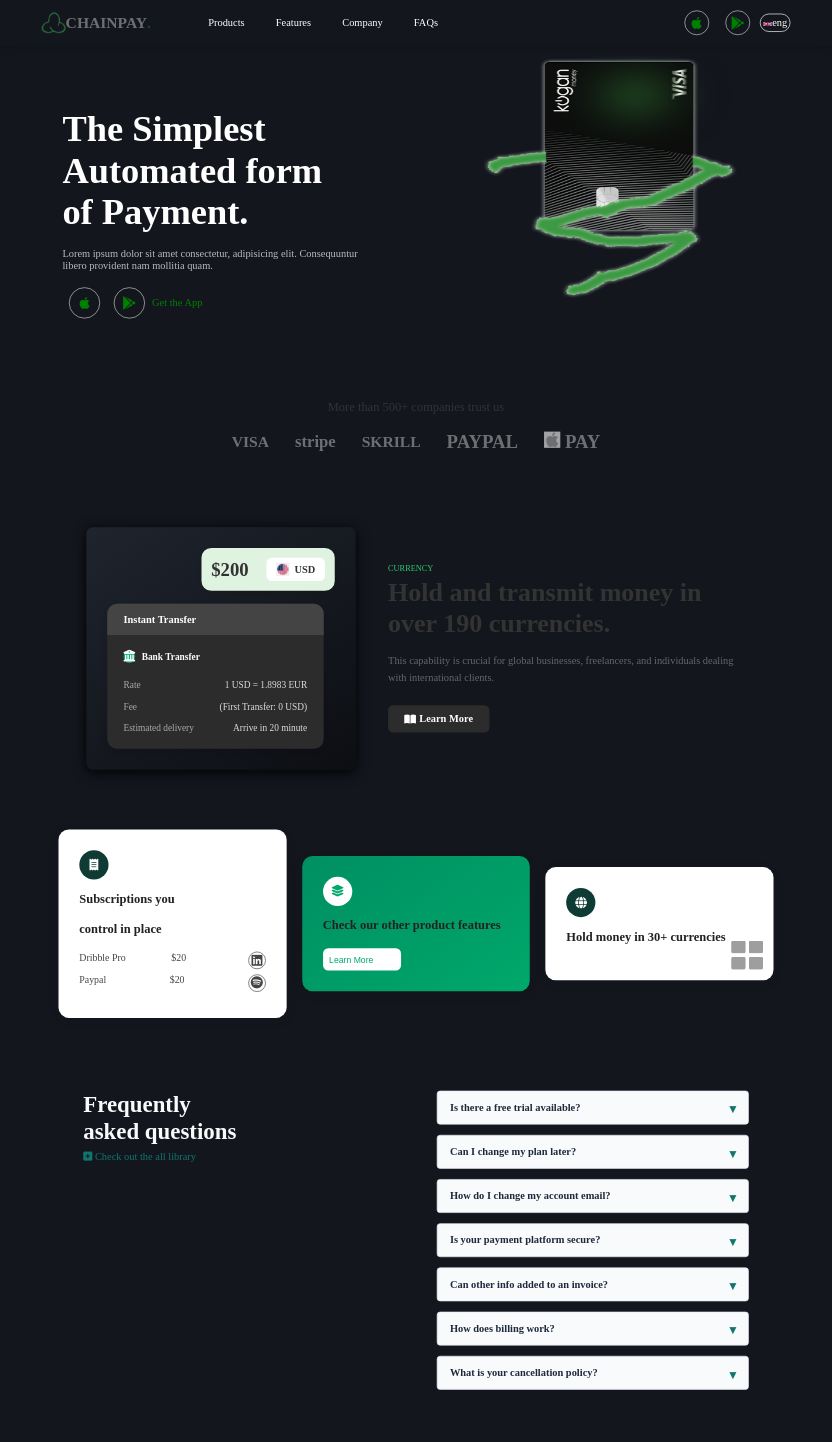
Repository: Austinokezie/Fintech-landing-page
Page: Chainpay.html
An editor plug-in stored every save of this project. The page is shown before and after the next save, followed by the edit.
The browser window is 1280 px wide. The pictures show the whole page, at 65% of full size.
Pictures or frames that could not be fetched are drawn as grey boxes. Some web libraries are served in a nearby version.

Above is the page before, as saved 2025-10-15 23:22:30.

### Chainpay.html
<!DOCTYPE html>
<html lang="en">
<head>
    <meta charset="UTF-8">
    <meta name="viewport" content="width=device-width, initial-scale=1.0">
    <title>Document</title>
    <link rel="stylesheet" href="./Chainpay.css">
    <script src="https://kit.fontawesome.com/988c5ad863.js" crossorigin="anonymous"></script>
</head>
<body>
    <nav>
        <div class="left">
            <div class="logo">
                <img src="./images/logo.png" alt="logo image">

                <span>Chainpay</span><span class="dot">.</span>

            </div>
            <ul class="links">
                <li class="link">Products</li>
                <li class="link">Features</li>
                <li class="link">Company</li>
                <li class="link">FAQs</li>

            </ul>
        </div>

        <div class="btn">
            <i class="fa-brands fa-apple"></i>
            <i class="fa-brands fa-google-play"></i>
            <div class="flag">
                <a href=""><img src="./images/Flag_of_the_United_Kingdom_(1-2).svg.png" alt="flag"><span>eng</span></a>


            </div>

        </div>
    </nav>
    <main>
        <div class="introsection">
            <h1>
                <p>The Simplest</p>
                <p>Automated form</p>
                <p>of Payment.</p>
            </h1>
            <p class="describe">Lorem ipsum dolor sit amet consectetur, adipisicing elit. Consequuntur libero provident nam mollitia quam.</p>
            <div class="btnicons">
                <i class="fa-brands fa-apple"></i>
                <i class="fa-brands fa-google-play"></i>
                <a href="#">Get the App</a>
            </div>
            <!-- <div>
                <button class="btn"> Get Started</button>
                <button class="btn"> Discover More</button>
            </div> -->
        </div>
        <div class="imagesection">
            <img src="./images/card.png" alt="">
        </div>
    </main>
   <section class="trust-section">
      <p class="trust-statement">More than 500+ companies trust us</p>
       <div class="payment-logos">
          <span class="logo visa">VISA</span>
          <span class="logo stripe">stripe</span>
          <span class="logo skrill">Skrill</span>
          <span class="logo paypal">PayPal</span>
          <span class="logo apple-pay"><img src="./images/Apple logo.jpg" alt=""> Pay</span>
        </div>
   </section>
    <section class="currency-feature-section">
            <div class="demo-section">
                <div class="input-card">
                    <span class="amount">$200</span>
                        <div class="currency-selector">
                            <img src="./images/USA FLAG2.jpeg" alt="US Flag" class="flag-icon">
                             <span class="currency-code">USD</span>

                        </div>
                </div>

                <div class="transfer-details-card">
                      <div class="card-header">
                         <span class="header-text">Instant Transfer</span>
                       </div>
                    <div class="transfer-info">
                        <div class="info-line bank-transfer">
                          <span class="icon "><i class="fa-solid fa-building-columns bank-icon"></i></span>
                         <span class="text">Bank Transfer</span>
                       </div>
                       <div class="info-line detail-row">
                          <span class="label">Rate</span>
                          <span class="value">1 USD = 1.8983 EUR</span>
                       </div>
                        <div class="info-line detail-row">
                          <span class="label">Fee</span>
                          <span class="value">(First Transfer: 0 USD)</span>
                       </div>
                       <div class="info-line detail-row">
                          <span class="label">Estimated delivery</span>
                         <span class="value">Arrive in 20 minute</span>
                        </div>
                   </div>
               </div>
            </div>

        <div class="content-section">
               <p class="tagline">Currency</p>
               <h2 class="headline">Hold and transmit money in over 190 currencies.</h2>
               <p class="description">This capability is crucial for global businesses, freelancers, and individuals dealing with international clients.</p>
               <button class="cta-button">
                  <span class="icon learn-icon"><i class="fa-solid fa-book-open"></i></span>
                   Learn More
               </button>
        </div>
    </section>

    <section class="features">
          <div class="card">
               <div class="card-icon">
                 <i class="fa-solid fa-receipt"></i>
                </div>
                <h3>Subscriptions you </h3>
                <h3>control in place</h3>
                <div class="card-footer">
                   <div class="item">
                      <span class="text">Dribble Pro</span>
                       <span class="amt">$20</span>
                       <span>
                            <i class="fa-brands fa-linkedin"></i>
                        </span>
                  </div>
                  <div class="item">
                      <span class="text">Paypal</span>
                      <span class="paypal-amt">$20</span>
                      <span>
                          <i class="fa-brands fa-spotify"></i>
                      </span>
                   </div>
               </div>
           </div>

           <div class="card active">
               <div class="card-icon">
                  <i class="fa-solid fa-layer-group"></i>
                </div>
                <h3>Check our other product features</h3>
                <button class="learn-more">
                  Learn More
               </button>
            </div>

           <div class="card">
               <div class="card-icon">
                 <i class="fa-solid fa-globe"></i>
               </div>
               <h3>Hold money in 30+ currencies</h3>
               <div class="flag-icons">
                  <img src="https://flagcdn.com/w40/gb.png" alt="UK">
                  <img src="https://flagcdn.com/w40/us.png" alt="US">
                  <img src="https://flagcdn.com/w40/ca.png" alt="Canada">
                  <img src="https://flagcdn.com/w40/eu.png" alt="EU">
              </div>
           </div>
    </section>
    <section class="faq-section">

                <div class="faq-header">
                   <h1>Frequently</h1>
                   <h1>asked questions</h1>
                   <p><i class="fas fa-plus-square"></i> Check out the all library</p>
               </div>
                <div class="faq-content">

                   <details class="qa-item">
                      <summary class="question">Is there a free trial available?</summary>
                      <p class="answer">Our user friendly dashboard provides an overview...</p>
                  </details>

                   <details class="qa-item">
                      <summary class="question">Can I change my plan later?</summary>
                      <p class="answer">Yes, you can upgrade, downgrade, or change your plan at any time through your dashboard settings. Changes are effective immediately or at the start of your next billing cycle, depending on the modification.</p>
                  </details>

                  <details class="qa-item">
                     <summary class="question">How do I change my account email?</summary>
                     <p class="answer">You can update your registered email address in the 'Account Settings' section of your profile. For security, you may need to confirm the change via a verification link sent to both the old and new email addresses.</p>
                  </details>

                   <details class="qa-item">
                      <summary class="question">Is your payment platform secure?</summary>
                      <p class="answer">Absolutely. We use industry-leading encryption and partner with certified payment processors (e.g., Stripe, PayPal) to ensure all your transaction details are handled securely and are PCI compliant.</p>
                   </details>

                   <details class="qa-item">
                       <summary class="question">Can other info added to an invoice?</summary>
                      <p class="answer">Yes, you can specify custom information, such as a PO number, VAT ID, or project reference, to be included on your invoices. This can typically be managed in your billing preferences.</p>
                   </details>

                  <details class="qa-item">
                      <summary class="question">How does billing work?</summary>
                      <p class="answer">Billing is handled on a monthly or annual subscription basis, depending on your chosen plan. You will be charged automatically on your renewal date, and invoices are available immediately in your account portal.</p>
                  </details>

                 <details class="qa-item">
                      <summary class="question">What is your cancellation policy?</summary>
                      <p class="answer">You can cancel your subscription at any time. Your service will remain active until the end of the current paid billing period, and you will not be charged again.</p>
                  </details>

                </div>
    </section>


</body>
</html>

### Chainpay.css
*{
    margin: 0;
    padding: 0;

}
body{
    background-color: #13161d;
    color: white;
    scroll-behavior: smooth;
}
nav{
    display: flex;
    justify-content: space-between;
    padding: 16px 64px;
    box-shadow: 0 5px 12px rgba(0, 0, 0, 0.1);
}

nav .left {
    display: flex;
    gap: 4rem;
    align-items: center;
}

nav .logo{
    display: flex;
    align-items: center;

}
nav .logo span{
    font-size: 1.5rem;
    font-weight: bold;
    gap: 2px;

}
nav .logo .dot{
    color: green;
    font-size: 1.5rem;
}
nav .logo img{
    height: 32px;
}
nav .links{
    display: flex;
    list-style: none;

}
nav .links :hover{
    color: forestgreen;
}
nav .links .link{
    padding: 5px 1.5rem;
    font-weight: 500;
}
nav .btn{
    display: flex;
    align-items: center;
    gap: 5px;
}
nav .btn i{
    font-size: 1.3rem;
    background-color: rgba(2, green, blue, alpha);
    color: green;
    padding: .5rem .5rem;
    border: 1px solid #ccc;
    width: 20px;
    height: 20px;
    line-height: 20px;
    text-align: center;
    border-radius: 52px;
    margin:0 10px;
    cursor: pointer;

}
nav .btn .flag{
    display: flex;
    border: 1px solid;
    border-radius: 20px;
    padding: 4px 4px;

}

nav .btn .flag a{
    text-decoration: none;
}
nav .btn .flag img{
    width: .9rem;
    height: .4rem;
}
nav .btn .flag span{
    color: white;
}

main{
    display: flex;
    justify-content: center;
    padding: 1rem 6rem;

    gap: 2rem;
}
main .introsection{
    /* display: flex; */
    padding: 5rem 0;
    /* justify-content: center; */
}
main .introsection h1{
   font-size: 3.5rem;
}
main.introsection h1 p{
    font-size: 5rem;
}
.introsection .describe{
    font-size: 16px;
    opacity: .7;
    margin: 1.5rem 0;
    max-width: 80%;
}
main .imagesection img{
    width: 29rem;
    height: 27rem;
    /* margin-top: 30px; */
}
main .btnicons{
    display: flex;
    gap: 1px;
    align-items: center;
}
main .btnicons a{
    text-decoration: none;
    color: green;
}
main .btnicons i{
    font-size: 1.3rem;
    /* background-color: rgb(36, 17, 17); */
    padding: .5rem .5rem;
    color: green;
    border: 1px solid #ccc;
    width: 30px;
    height: 30px;
    line-height: 30px;
    text-align: center;
    border-radius: 52px;
    margin:0 10px;


}

/* =========================
   🌐 Services Highlight Section
   ========================= */

.trust-section {
    text-align: center;
    padding: 30px 15px;
    background-color: #13161d;
    color: white;
}

.trust-statement {
    font-size: 1.2rem;
    color: #333333; /* Darker text for the statement */
    margin-bottom: 25px;
}

.payment-logos {
    display: flex;
    justify-content: center;
    align-items: center;
    flex-wrap: wrap; /* Allows logos to wrap on smaller screens */
    gap: 40px; /* Space between logos */
}

.logo {
    font-size: 1.5rem;
    font-weight: bold;
    color: #aaaaaa; /* Faded/light gray color as seen in the image */
    text-transform: uppercase;
    opacity: 0.6; /* Slight transparency to enhance the faded look */
    /* Add a specific font-family if you want to match the logo typeface exactly */
}

/* Specific Logo adjustments (optional, to better mimic the logo styles) */
.visa {
    /* No major change needed */
}

.stripe {
    font-size: 1.6rem;
    text-transform: lowercase;
}

.skrill {
    /* No major change needed */
}

.paypal {
    font-size: 1.8rem;
}

.apple-pay {
    font-size: 1.8rem;
    /* The Apple logo  is used directly in the HTML */
}
.apple-pay img{
    width: 25px;
    height: 25px;
}


/* Base Styles */
.currency-feature-section {
    display: flex;
    justify-content: center;
    align-items: center;
    padding: 60px 5%;
    background-color: #13161d;
    color: white;
    font-family: serif;
    box-shadow: rgba(0, 0, 0, 0.1);
    margin-top: 25px;
}

/* --------------------
    Left Column: Demo Section Styling
-------------------- */
.demo-section {
    flex: 1;
    display: flex;
    flex-direction: column;
    gap: 20px;
    padding: 2rem;
    max-width: 350px; /* Limit size for better aesthetics */
    background: linear-gradient(145deg, #1f242d, #0c0e13);
    box-shadow: 0 4px 20px rgba(0, 0, 0, 10);
    border-radius: 10px;
}

/* Input Card */
.input-card {
    background-color: #e0f2e0; /* Lightest green for the card */
    padding: 15px 15px;
    border-radius: 15px;
    display: flex;
    justify-content: space-between;
    align-items: center;
    margin-left: auto;
    box-shadow: 0 4px 10px rgba(0, 0, 0, 0.05); /* Soft shadow */
    width: 50%; /* Smaller than the overall demo section */
}

.input-card .amount {
    font-size: 1.8rem;
    font-weight: bold;
    color: #333;
}

.currency-selector {
    display: flex;
    align-items: center;
    background-color: #fff; /* White background for selector */
    padding: 8px 15px;
    border-radius: 8px;
    font-weight: bold;
    cursor: pointer;
}

.flag-icon {
    width: 20px;
    height: 20px;
    margin-right: 8px;
    /* In a real scenario, you'd load the image */
    /* Placeholder for the flag */
    background-color: #003087; /* Just to show where the flag goes */
    /* border: 1px solid #ccc; */
}
.currency-code {
    color: #333;
}

/* Transfer Details Card */
.transfer-details-card {
    background-color: #2c2c2c; /* Dark background for this card */
    color: #ffffff;
    padding: 0;
    border-radius: 15px;
    box-shadow: 0 4px 10px rgba(0, 0, 0, 0.1);
    width: 95%; /* Wider than the input card */
}

.card-header {
    background-color: #444444; /* Darker header section */
    padding: 15px 25px;
    border-top-left-radius: 15px;
    border-top-right-radius: 15px;
}

.header-text {
    font-weight: bold;
    font-size: 1rem;
}

.transfer-info {
    padding: 15px 25px;
}

.info-line {
    display: flex;
    justify-content: space-between;
    padding: 8px 0;
    font-size: 0.9rem;
    color: #dddddd; /* Light text for details */
    gap: 10px;
}

.bank-transfer {
    justify-content: flex-start;
    align-items: center;
    font-weight: bold;
    color: #ffffff;
    margin-bottom: 10px;
}

.bank-icon {
    display: flex;
    align-items: center;
    width: 20p;
    height: 20px;
    background-color: #00a86b; /* Green circle icon color */
    border-radius: 50%;
    font-size: 18px;
    /* margin-right: 10px; */
    /* flex-shrink: 0; */

}
.bank-icon i{
    font-size: 18px;
    color: #00a86b;
    line-height: 1;
}

.detail-row .label {
    color: #aaaaaa; /* Lighter gray for labels */
}

.detail-row .value {
    text-align: right;
}

/* --------------------
    Right Column: Content Section Styling
-------------------- */
.content-section {
    flex: 1;
    max-width: 550px;
    padding-left: 50px;
    color: #f5f5dc;
}

.tagline {
    font-size: 0.8rem;
    color: #2ecc71;
    text-transform: uppercase;
    margin-bottom: 5px;
}

.headline {
    font-size: 2.5rem;
    font-weight: 900;
    line-height: 1.2;
    color: #333;
    margin: 0 0 20px 0;
}

.description {
    font-size: 1rem;
    line-height: 1.6;
    color: #666;
    margin-bottom: 30px;
}

.cta-button {
    background-color: #2c2c2c; /* Dark background for CTA */
    color: #ffffff;
    border: none;
    padding: 12px 25px;
    border-radius: 8px;
    font-size: 1rem;
    font-weight: bold;
    cursor: pointer;
    display: flex;
    align-items: center;
    transition: background-color 0.3s;
    font-family: serif;
}

.cta-button:hover {
    background-color: #444444;
}

.learn-icon {
    width: 15px;
    height: 15px;
    /* background-color: #00a86b; Small green icon placeholder */
    border-radius: 3px;
    margin-right: 8px;
}

/* === Feature Section === */
.features {
  display: flex;
  justify-content: center;
  align-items: center;
  gap: 1.5rem;
  padding: 2rem;
  max-width: 1100px;
  flex-wrap: nowrap;
  margin: 0 auto;

}

/* === Card === */
.card {
  background: #fff;
  border-radius: 16px;
  padding: 2rem;
  width: 300px;
  box-shadow: 0 4px 20px rgba(0, 0, 0, 0.05);
  display: flex;
  flex-direction: column;
  justify-content: space-between;
  transition: transform 0.3s ease;
  /* min-height: 320px; */
  position: relative;
}

.card:hover {
  transform: translateY(-5px);
}

/* === Icon Circle === */
.card-icon {
  background-color: #0e3b33;
  color: #fff;
  width: 45px;
  height: 45px;
  border-radius: 50%;
  display: flex;
  align-items: center;
  justify-content: center;
  font-size: 18px;
  margin-bottom: 1.2rem;

}

/* === Card Headings === */
.card h3 {
  font-size: 1.2rem;
  margin-bottom: 1.5rem;
  color: #222;
}

/* === Active (Middle) Card === */
.card.active {
  background: linear-gradient(145deg, #008f62, #00a86b);
  color: #fff;
}

.card.active .card-icon {
  background-color: #fff;
  color: #00a86b;
}

/* === Learn More Button === */
.learn-more {
  /* margin-top: ; */
  background-color: #fff;
  color: #00a86b;
  border: none;
  width: 120px;
  padding: 0.6rem 0.6rem ;
  border-radius: 8px;
  cursor: pointer;
  font-weight: 500;
  display: inline-flex;
  align-items: center;
  gap: 8px;
  transition: all 0.3s ease;
}

.learn-more:hover {
  background-color: #e8f6f0;
}

/* === Footer Items (First Card) === */
.card-footer .item {
  display: flex;
  justify-content: space-between;
  margin-bottom: 0.5rem;
  font-size: 0.95rem;
  color: #444;
}
.item .amt{
    margin-right: 25px;
}
.item i{
    width: 25px;
   height: 25px;
   border-radius: 50%;
  font-size: 1.2rem;
  border: 1px solid;
  display: flex;
  justify-content: center;
  align-items: center;
}

/* === Flag Icons (Last Card) === */
.flag-icons {
    position: absolute;
    bottom: 1rem;
    right: 1rem;
    /* align-items: flex-end; */
    display: grid;
    grid-template-columns: repeat(2, 1fr);
    gap: 0.3rem;
    /* margin-top: auto; */
}

.flag-icons img {
  width: 22px;
  height: 20px;
  border-radius: 3px;
  object-fit: cover;
}


/* FAQ SECTION */


.faq-section {
  display: flex;
  justify-content: space-between;
  align-items: flex-start;
  gap: 4rem;
  padding: 5rem 8rem;
  background-color: #13161d;
  color: #f8fafc;
}

.faq-header {
  flex: 1;
  text-align: left;
  margin-bottom: 2rem;
}

.faq-header h1 {
  font-size: 2.2rem;
  font-weight: 700;
  line-height: 1.2;
}

.faq-header p {
  color: #0f766e;
  font-weight: 500;
  font-size: 1rem;
  margin-top: 0.5rem;
}

.faq-content {
    flex: 1;
   max-width: 60%;
  /* margin: 0 auto; */
   display: flex;
   flex-direction: column;
   gap: 1rem;
}

/* Each Question Card */
.qa-item {
  border: 1px solid #e2e8f0;
  border-radius: 5px;
  padding: 1rem 1.2rem;
  background-color: #f8fafc;
}

.qa-item summary {
  font-weight: 600;
  color: #1e293b;
  cursor: pointer;
  position: relative;
  list-style: none;
  padding-right: 1.5rem;
}

.qa-item summary::marker {
  display: none;
}

/* Dropdown arrow */
.qa-item summary::after {
  content: '▾';
  position: absolute;
  right: 0;
  top: 0;
  font-size: 1.2rem;
  color: #0f766e;
  transition: transform 0.3s ease;
}

.qa-item[open] summary::after {
  transform: rotate(-180deg);
}

.qa-item p {
  margin-top: 0.8rem;
  color: #475569;
  font-size: 0.95rem;
  line-height: 1.6;
}

.qa-item:hover summary {
  color: #0f766e;
}


/* Mobile View (Max-width: 480px) */
@media (max-width: 480px) {
    .trust-section {
        padding: 20px 10px;
    }

    .trust-statement {
        font-size: 1rem;
        margin-bottom: 15px;
    }

    .payment-logos {
        gap: 20px 30px; /* Vertical and horizontal gap */
        /* Logos might wrap to a new line on very small screens */
    }

    .logo {
        font-size: 1.2rem; /* Smaller logos for mobile */
    }

    .stripe {
        font-size: 1.3rem;
    }

    .paypal,
    .apple-pay {
        font-size: 1.5rem;
    }
}


/* Tablet View (Max-width: 768px) */
@media (max-width: 768px) {
    .currency-feature-section {
        flex-direction: column; /* Stack columns vertically */
        padding: 40px 5%;
    }

    .demo-section {
        padding-right: 0;
        margin-bottom: 30px;
        width: 100%;
        max-width: none;
        align-items: center; /* Center the cards */
    }

    .input-card {
        width: 70%;
        max-width: 350px;
    }

    .transfer-details-card {
        width: 80%;
        max-width: 400px;
    }

    .content-section {
        padding-left: 0;
        text-align: center; /* Center align text */
        max-width: 100%;
    }

    .headline {
        font-size: 2rem;
    }

    .cta-button {
        margin: 0 auto; /* Center the button */
    }
}

/* Mobile View (Max-width: 480px) */
@media (max-width: 480px) {
    .currency-feature-section {
        padding: 30px 4%;
    }

    .headline {
        font-size: 1.7rem;
    }

    .description {
        font-size: 0.9rem;
    }

    .input-card {
        width: 100%; /* Full width for smaller screens */
        max-width: none;
        padding: 15px 20px;
    }

    .input-card .amount {
        font-size: 1.5rem;
    }

    .currency-selector {
        padding: 6px 10px;
    }

    .transfer-details-card {
        width: 95%; /* Keep it slightly narrower than full width */
        max-width: none;
    }

    .info-line {
        font-size: 0.85rem;
    }
}

/* Tablet ≤ 768px */
@media (max-width: 768px) {
  .faq-section {
    padding: 4rem 1.5rem;
  }

  .faq-header h1 {
    font-size: 1.8rem;
  }

  .faq-content {
    gap: 0.8rem;
  }
}

/* Mobile ≤ 480px */
@media (max-width: 480px) {
  .faq-section {
    padding: 3rem 1rem;
  }

  .faq-header h1 {
    font-size: 1.5rem;
  }

  .qa-item summary {
    font-size: 0.95rem;
  }

  .qa-item p {
    font-size: 0.85rem;
  }
}

After the next save:
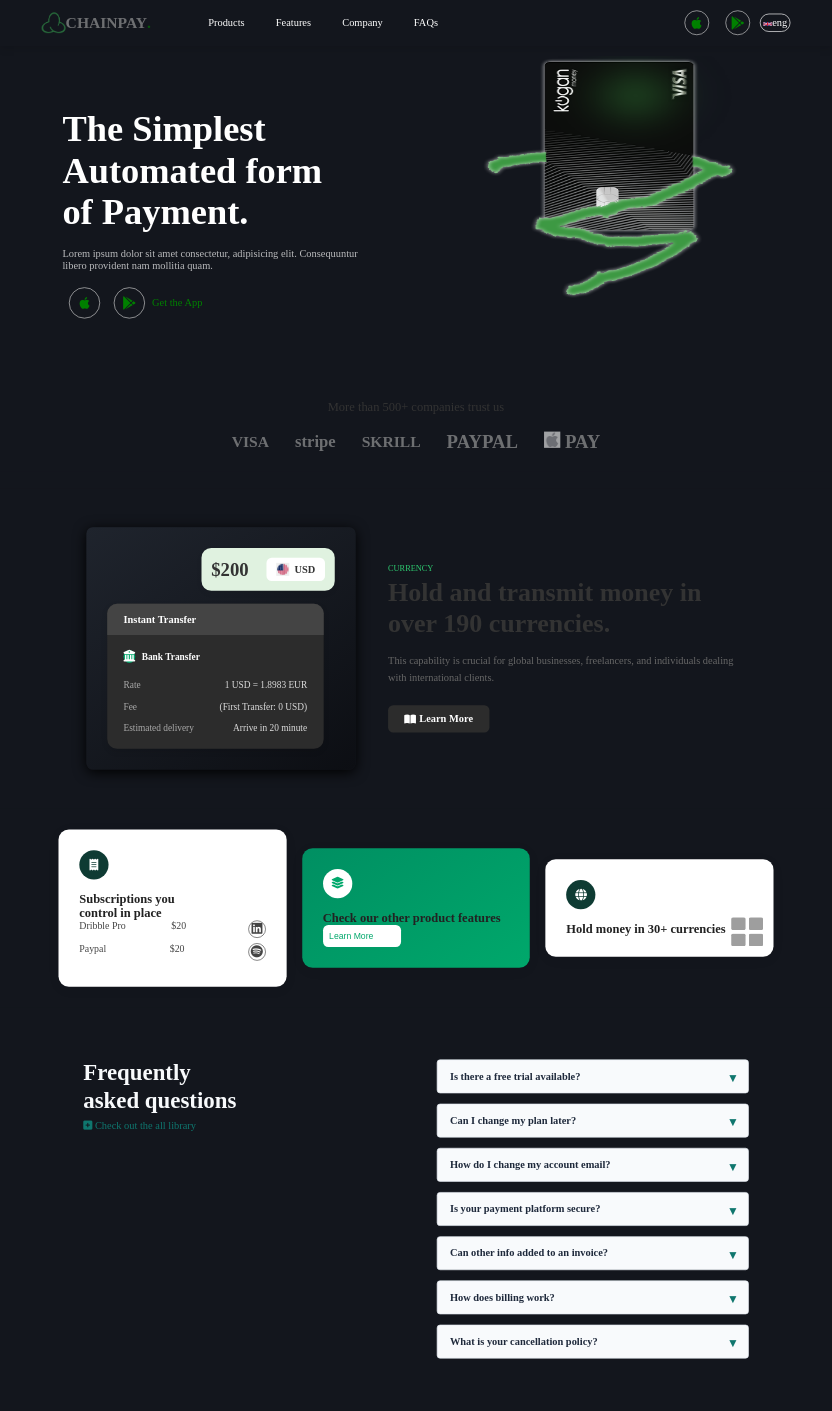
Saved 72 s later.
--- a/Chainpay.css
+++ b/Chainpay.css
@@ -454,7 +454,7 @@
 /* === Card Headings === */
 .card h3 {
   font-size: 1.2rem;
-  margin-bottom: 1.5rem;
+  /* margin-bottom: 1.5rem; */
   color: #222;
 }
 
